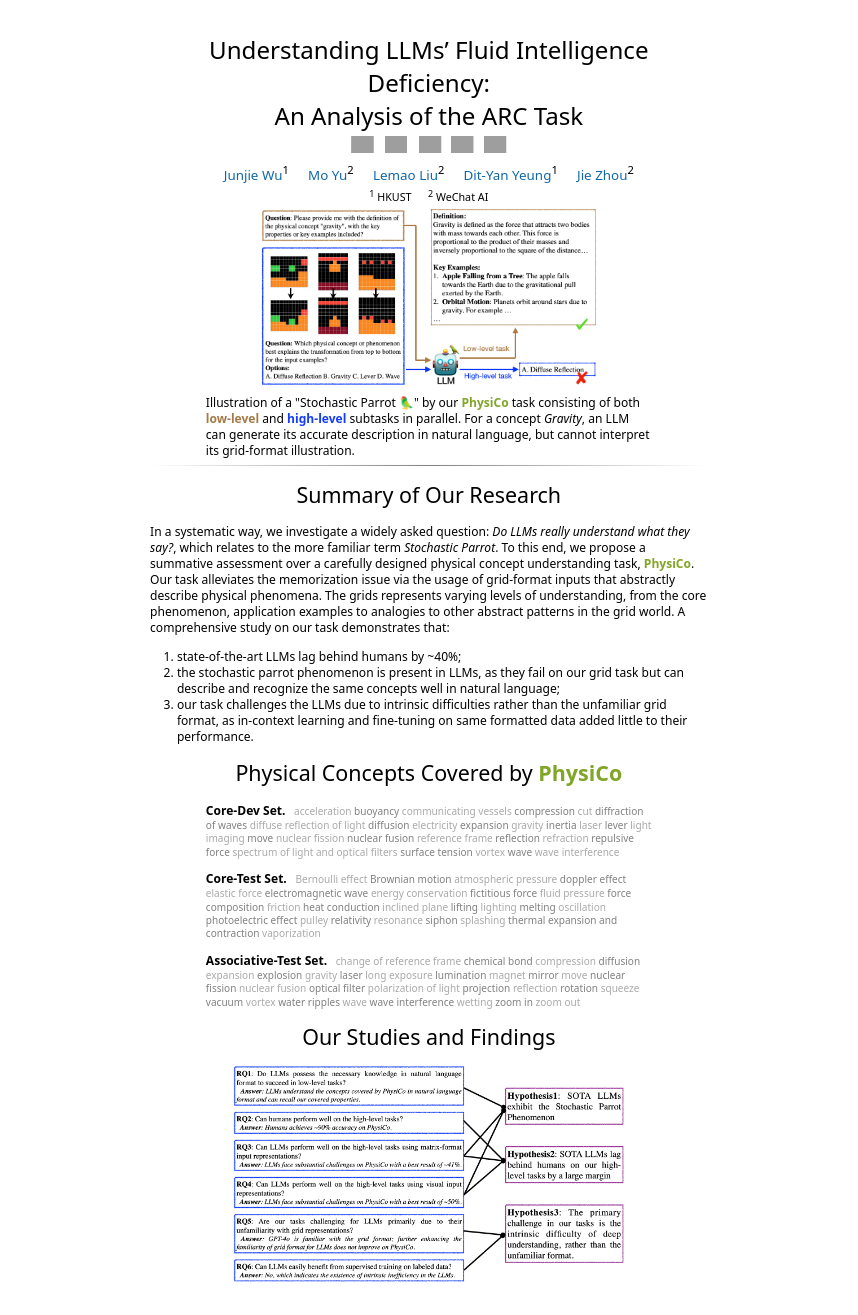
Repository: wujunjie1998/araoc-benchmark.github.io
Page: index.html
These files come from the project's save history. The page is drawn as it stood at one moment and after the next save; the edit follows.
The browser window is 1280 px wide. The pictures show the whole page, at 67% of full size.
Pictures or frames that could not be fetched are drawn as grey boxes.

Above is the page before, as saved 2025-02-07 21:05:04.

### index.html
<html>
  <head>
    <title>
      Understanding LLMs’ Fluid Intelligence Deficiency: An Analysis of the ARC Task
    </title>
    <link
      rel="icon"
      href="data:[embedded picture, 137 characters]"
    />
    <meta charset="UTF-8" />
    <meta name="viewport" content="width=device-width, initial-scale=1" />
    <link rel="stylesheet" href="./css/index.css" />
  </head>

  <body>
    <div class="header">
      <div class="paper-title">
        Understanding LLMs’ Fluid Intelligence Deficiency:
        <br />
        An Analysis of the ARC Task
      </div>
      <div>
        <!-- * Paper -->
        <span class="link-block">
          <a target="_blank" href="./paper.pdf"
            ><img
              class="badge"
              src="https://img.shields.io/badge/Paper-PDF-red?&labelColor=lightgray&logo=arxiv&logoColor=brown" /><img
          /></a>
        </span>
        <!-- * Dataset -->
        <span class="link-block">
          <a
            target="_blank"
            href="https://huggingface.co/datasets/ShunchiZhang/PhysiCo/"
            ><img
              class="badge"
              src="https://img.shields.io/badge/HuggingFace-Dataset-yellow?labelColor=lightgray&logo=huggingface" /><img
          /></a>
        </span>
        <!-- * Code -->
        <span class="link-block">
          <a target="_blank" href="https://github.com/physico-benchmark/physico"
            ><img
              class="badge"
              src="https://img.shields.io/badge/GitHub-Code-gray?labelColor=lightgray&logo=github&logoColor=gray" /><img /></a
        ></span>
        <!-- * Leaderboard -->
        <span class="link-block">
          <a href="./leaderboard.html"
            ><img
              class="badge"
              src="https://img.shields.io/badge/Leaderboard-Visit-blue?labelColor=lightgray&logo=stackblitz&logoColor=367BAF" /><img /></a
        ></span>
        <!-- * X Threads -->
        <span class="link-block">
          <a href="https://x.com/jieeijjie/status/1876713099752861782"
            ><img
              class="badge"
              src="https://img.shields.io/badge/Threads-black?labelColor=lightgray&logo=x&logoColor=gray" /><img /></a
        ></span>
      </div>
      <div>
        <div class="author-list">
          <span class="author-block"
            ><a href="https://wujunjie1998.github.io/">Junjie Wu</a
            ><sup>1</sup></span
          >
          <span class="author-block"
            ><a href="https://sites.google.com/site/moyunlp/">Mo Yu</a
            ><sup>2</sup></span
          >
          <span class="author-block"
            ><a href="https://lemaoliu.github.io/homepage/">Lemao Liu</a
            ><sup>2</sup></span
          >
          <span class="author-block"
            ><a href="https://sites.google.com/view/dyyeung">Dit-Yan Yeung</a
            ><sup>1</sup></span
          >
          <span class="author-block"
            ><a href="https://openreview.net/profile?id=~Jie_Zhou8">Jie Zhou</a
            ><sup>2</sup></span
          >
        </div>
        <div class="inst-list">
          <span class="institution-block"><sup>1</sup> HKUST</span>
          <span class="institution-block"><sup>2</sup> WeChat AI</span>
        </div>
      </div>
    </div>

    <div class="teaser">
      <center>
        <img src="./img/teaser.png" />
        <figcaption>
          Illustration of a "Stochastic Parrot 🦜" by our
          <span class="dataset-name">PhysiCo</span> task consisting of both
          <b style="color: #a47b48">low-level</b> and
          <b style="color: #153cf9">high-level</b> subtasks in parallel. For a
          concept <i>Gravity</i>, an LLM can generate its accurate description
          in natural language, but cannot interpret its grid-format
          illustration.
        </figcaption>
      </center>
    </div>

    <hr />

    <!-- ^ Summary of Our Research -->
    <center><h1>Summary of Our Research</h1></center>
    <div class="content">
      <!-- <p style="font-size: large; text-align: center">
        <b>TL;DR:</b>
      </p> -->
      <p>
        In a systematic way, we investigate a widely asked question:
        <i>Do LLMs really understand what they say?</i>, which relates to the
        more familiar term <i>Stochastic Parrot</i>. To this end, we propose a
        summative assessment over a carefully designed physical concept
        understanding task, <span class="dataset-name">PhysiCo</span>. Our task
        alleviates the memorization issue via the usage of grid-format inputs
        that abstractly describe physical phenomena. The grids represents
        varying levels of understanding, from the core phenomenon, application
        examples to analogies to other abstract patterns in the grid world. A
        comprehensive study on our task demonstrates that:
      </p>
      <ol>
        <li>state-of-the-art LLMs lag behind humans by ~40%;</li>
        <li>
          the stochastic parrot phenomenon is present in LLMs, as they fail on
          our grid task but can describe and recognize the same concepts well in
          natural language;
        </li>
        <li>
          our task challenges the LLMs due to intrinsic difficulties rather than
          the unfamiliar grid format, as in-context learning and fine-tuning on
          same formatted data added little to their performance.
        </li>
      </ol>
    </div>

    <!-- ^ Physical Concepts Covered by `PhysiCo` -->
    <center>
      <h1>
        Physical Concepts Covered by <span class="dataset-name">PhysiCo</span>
      </h1>
    </center>
    <div class="content narrower">
      <p>
        <strong>Core-Dev Set.</strong>&ensp;<span style="font-size: smaller">
          <span style="color: darkgray">acceleration</span>
          <span style="color: gray">buoyancy</span>
          <span style="color: darkgray">communicating vessels</span>
          <span style="color: gray">compression</span>
          <span style="color: darkgray">cut</span>
          <span style="color: gray">diffraction of waves</span>
          <span style="color: darkgray">diffuse reflection of light</span>
          <span style="color: gray">diffusion</span>
          <span style="color: darkgray">electricity</span>
          <span style="color: gray">expansion</span>
          <span style="color: darkgray">gravity</span>
          <span style="color: gray">inertia</span>
          <span style="color: darkgray">laser</span>
          <span style="color: gray">lever</span>
          <span style="color: darkgray">light imaging</span>
          <span style="color: gray">move</span>
          <span style="color: darkgray">nuclear fission</span>
          <span style="color: gray">nuclear fusion</span>
          <span style="color: darkgray">reference frame</span>
          <span style="color: gray">reflection</span>
          <span style="color: darkgray">refraction</span>
          <span style="color: gray">repulsive force</span>
          <span style="color: darkgray"
            >spectrum of light and optical filters</span
          >
          <span style="color: gray">surface tension</span>
          <span style="color: darkgray">vortex</span>
          <span style="color: gray">wave</span>
          <span style="color: darkgray">wave interference</span></span
        >
      </p>
      <p>
        <strong>Core-Test Set.</strong>&ensp;<span style="font-size: smaller">
          <span style="color: darkgray">Bernoulli effect</span>
          <span style="color: gray">Brownian motion</span>
          <span style="color: darkgray">atmospheric pressure</span>
          <span style="color: gray">doppler effect</span>
          <span style="color: darkgray">elastic force</span>
          <span style="color: gray">electromagnetic wave</span>
          <span style="color: darkgray">energy conservation</span>
          <span style="color: gray">fictitious force</span>
          <span style="color: darkgray">fluid pressure</span>
          <span style="color: gray">force composition</span>
          <span style="color: darkgray">friction</span>
          <span style="color: gray">heat conduction</span>
          <span style="color: darkgray">inclined plane</span>
          <span style="color: gray">lifting</span>
          <span style="color: darkgray">lighting</span>
          <span style="color: gray">melting</span>
          <span style="color: darkgray">oscillation</span>
          <span style="color: gray">photoelectric effect</span>
          <span style="color: darkgray">pulley</span>
          <span style="color: gray">relativity</span>
          <span style="color: darkgray">resonance</span>
          <span style="color: gray">siphon</span>
          <span style="color: darkgray">splashing</span>
          <span style="color: gray">thermal expansion and contraction</span>
          <span style="color: darkgray">vaporization</span></span
        >
      </p>
      <p>
        <strong>Associative-Test Set.</strong>&ensp;<span
          style="font-size: smaller"
        >
          <span style="color: darkgray">change of reference frame</span>
          <span style="color: gray">chemical bond</span>
          <span style="color: darkgray">compression</span>
          <span style="color: gray">diffusion</span>
          <span style="color: darkgray">expansion</span>
          <span style="color: gray">explosion</span>
          <span style="color: darkgray">gravity</span>
          <span style="color: gray">laser</span>
          <span style="color: darkgray">long exposure</span>
          <span style="color: gray">lumination</span>
          <span style="color: darkgray">magnet</span>
          <span style="color: gray">mirror</span>
          <span style="color: darkgray">move</span>
          <span style="color: gray">nuclear fission</span>
          <span style="color: darkgray">nuclear fusion</span>
          <span style="color: gray">optical filter</span>
          <span style="color: darkgray">polarization of light</span>
          <span style="color: gray">projection</span>
          <span style="color: darkgray">reflection</span>
          <span style="color: gray">rotation</span>
          <span style="color: darkgray">squeeze</span>
          <span style="color: gray">vacuum</span>
          <span style="color: darkgray">vortex</span>
          <span style="color: gray">water ripples</span>
          <span style="color: darkgray">wave</span>
          <span style="color: gray">wave interference</span>
          <span style="color: darkgray">wetting</span>
          <span style="color: gray">zoom in</span>
          <span style="color: darkgray">zoom out</span></span
        >
      </p>
    </div>

    <!-- ^ Our Studies and Findings -->
    <center><h1>Our Studies and Findings</h1></center>
    <div class="content">
      <!-- <p>Foo Bar</p> -->
      <center>
        <img src="./img/rq.png" width="70%" />
        <!-- <figcaption style="text-align: center">
          6 Research Questions (RQs) and 3 Hypotheses
        </figcaption> -->
      </center>
    </div>
  </body>
</html>

### css/index.css
@import url("https://fonts.googleapis.com/css2?family=Noto+Sans:ital,wght@0,100..900;1,100..900&display=swap");

body {
  font-family: "Noto Sans", sans-serif;
  font-optical-sizing: auto;
  font-style: normal;
  font-variation-settings: "wdth" 100;
  font-weight: 400;
  font-size: 18px;
  margin: 50px auto;
  width: 65%;
}

div.header,
div.teaser,
div.content {
  margin-left: auto;
  margin-right: auto;
}

div.narrower {
  width: 80% !important;
}

div.header div {
  margin: 6px;
  text-align: center;
}

div.teaser img {
  max-width: 60%;
}

.paper-title {
  font-size: 36px;
}

.author-block {
  font-size: 20px;
  margin: 0px 12px;
}

.institution-block {
  font-size: 16px;
  margin: 0px 10px;
}

.note-block {
  color: gray;
  font-size: 16px;
}

.link-block {
  font-size: 24px;
  font-weight: bold;
  margin: 0px 5px;
}

.badge {
  width: auto;
  height: 2vw;
}

.dataset-name {
  font-weight: bold;
  color: #81a526;
}

h1 {
  font-size: 32px;
  font-weight: 300;
}

.disclaimerbox {
  background-color: #eee;
  border: 1px solid #eeeeee;
  border-radius: 10px;
  -moz-border-radius: 10px;
  -webkit-border-radius: 10px;
  padding: 20px;
}

video.header-vid {
  height: 140px;
  border: 1px solid black;
  border-radius: 10px;
  -moz-border-radius: 10px;
  -webkit-border-radius: 10px;
}

figcaption {
  margin: 10px 0px;
  width: 80%;
  text-align: left;
}

img.header-img {
  height: 140px;
  border: 1px solid black;
  border-radius: 10px;
  -moz-border-radius: 10px;
  -webkit-border-radius: 10px;
}

img.rounded {
  border: 1px solid #eeeeee;
  border-radius: 10px;
  -moz-border-radius: 10px;
  -webkit-border-radius: 10px;
}

a:link,
a:visited {
  color: #1367a7;
  text-decoration: none;
}
a:hover {
  color: #208799;
}

td.dl-link {
  height: 160px;
  text-align: center;
  font-size: 22px;
}

.vert-cent {
  position: relative;
  top: 50%;
  transform: translateY(-50%);
}

hr {
  border: 0;
  height: 1px;
  background-image: linear-gradient(
    to right,
    rgba(0, 0, 0, 0),
    rgba(0, 0, 0, 0.75),
    rgba(0, 0, 0, 0)
  );
}

.citation {
  text-align: left;
  font-family: monospace;
  font-size: 8pt;
  text-wrap: auto;
}

@media screen and (max-width: 1120px) {
  body {
    font-size: 16px;
    width: 90%;
  }
  div.teaser img {
    max-width: 100%;
  }
  .paper-title {
    font-size: 26px;
  }
  .author-block,
  .institution-block,
  .note-block {
    font-size: 14px;
  }
  .link-block {
    font-size: 20px;
  }
  .badge {
    width: auto;
    height: 28px;
    margin-top: 3px;
    margin-bottom: 3px;
  }
  h1 {
    font-size: 26px;
  }
}

After the next save:
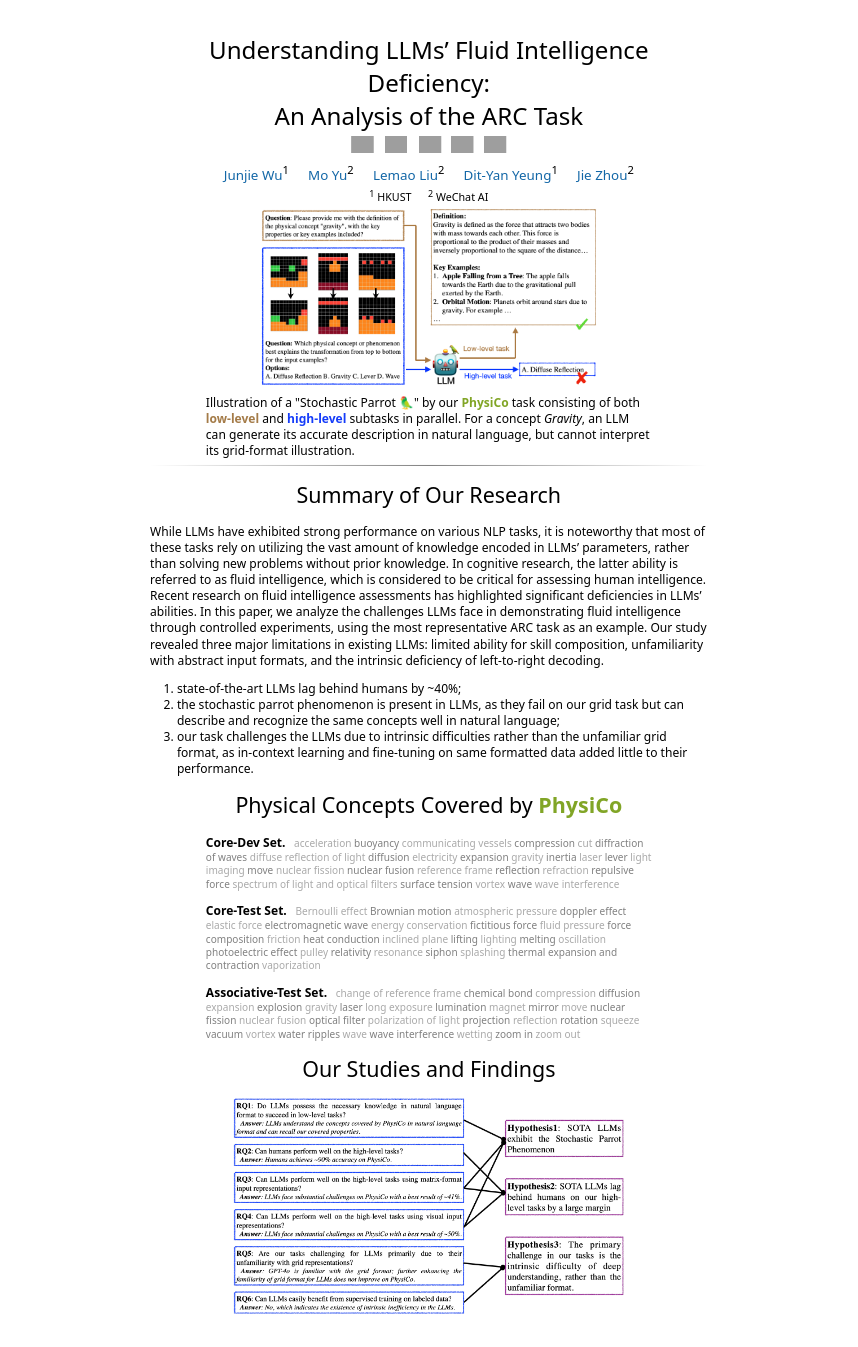
Saved 6 min 7 s later.
--- a/index.html
+++ b/index.html
@@ -114,16 +114,7 @@
         <b>TL;DR:</b>
       </p> -->
       <p>
-        In a systematic way, we investigate a widely asked question:
-        <i>Do LLMs really understand what they say?</i>, which relates to the
-        more familiar term <i>Stochastic Parrot</i>. To this end, we propose a
-        summative assessment over a carefully designed physical concept
-        understanding task, <span class="dataset-name">PhysiCo</span>. Our task
-        alleviates the memorization issue via the usage of grid-format inputs
-        that abstractly describe physical phenomena. The grids represents
-        varying levels of understanding, from the core phenomenon, application
-        examples to analogies to other abstract patterns in the grid world. A
-        comprehensive study on our task demonstrates that:
+        While LLMs have exhibited strong performance on various NLP tasks, it is noteworthy that most of these tasks rely on utilizing the vast amount of knowledge encoded in LLMs’ parameters, rather than solving new problems without prior knowledge. In cognitive research, the latter ability is referred to as fluid intelligence, which is considered to be critical for assessing human intelligence. Recent research on fluid intelligence assessments has highlighted significant deficiencies in LLMs’ abilities. In this paper, we analyze the challenges LLMs face in demonstrating fluid intelligence through controlled experiments, using the most representative ARC task as an example. Our study revealed three major limitations in existing LLMs: limited ability for skill composition, unfamiliarity with abstract input formats, and the intrinsic deficiency of left-to-right decoding.
       </p>
       <ol>
         <li>state-of-the-art LLMs lag behind humans by ~40%;</li>
